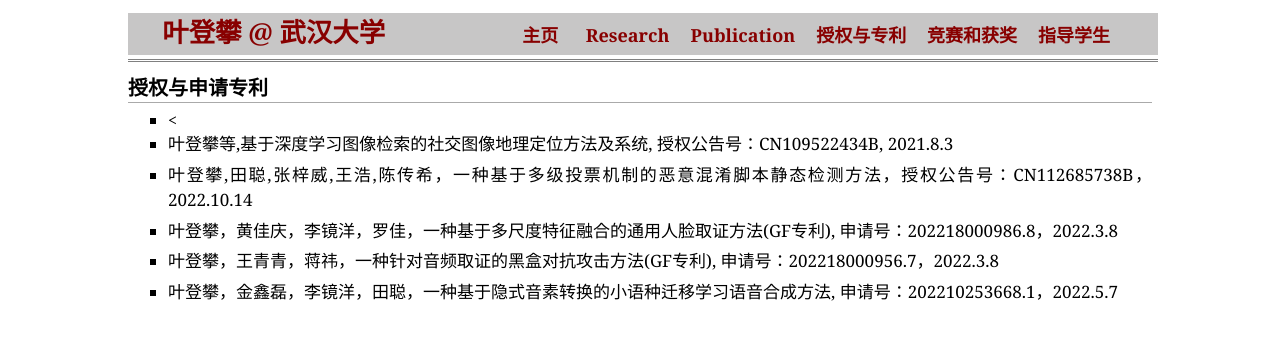
Repository: yedengpan/yedengpan.github.io
Page: patent.html
The author's editor kept a copy of each file at every save. The page is drawn from the files as they stood at one save, then again after the next save.
The browser window is 1280 px wide. The pictures show the whole page.

Above is the page before, as saved 2024-01-18 21:00:41.
Console error: SyntaxError: Unexpected token '%'

### patent.html
<!DOCTYPE html PUBLIC "-//W3C//DTD XHTML 1.1//EN" "http://www.w3.org/TR/xhtml11/DTD/xhtml11.dtd">
<html xmlns="http://www.w3.org/1999/xhtml" xml:lang="en">
<head>
    <meta http-equiv="Content-Type" content="text/html; charset=UTF-8">
    <meta name="generator" content="jemdoc, see http://jemdoc.jaboc.net/">

    <link rel="stylesheet" href="./source_files/jemdoc.css" type="text/css">
    <title>授权与专利</title>
    <script type="text/javascript" src="./source_files/jquery-1.12.4.min.js"></script>
    <script src="./source_files/main.js"></script>

</head>
<body>
    <div id="layout-content">

        <div id="toptitle">
            <h1 width=100% id="home">
                &nbsp;&nbsp;&nbsp;&nbsp;
                <font color="#880000">叶登攀 @ 武汉大学</font>
                &nbsp;&nbsp;&nbsp;&nbsp;&nbsp;&nbsp;&nbsp;&nbsp;&nbsp;&nbsp;&nbsp;&nbsp;&nbsp;&nbsp;&nbsp;&nbsp;&nbsp;&nbsp;
                <a href="./index.html"><font color="#880000" size="4.0px">主页</font></a>
                &nbsp;&nbsp;
                <a href="./research.html"><font color="#880000" size="4.0px">Research &nbsp;&nbsp;</font></a>
                <a href="./publication.html"><font color="#880000" size="4.0px">Publication &nbsp;&nbsp;</font></a>
                <a href="./patent.html"><font color="#880000" size="4.0px">授权与专利 &nbsp;&nbsp;</font></a>
                <a href="./awards.html"><font color="#880000" size="4.0px">竞赛和获奖 &nbsp;&nbsp;</font></a>
                <a href="./student.html"><font color="#880000" size="4.0px">指导学生 &nbsp;&nbsp;</font></a>                &nbsp;&nbsp;&nbsp;&nbsp;
            </h1>
        </div>

        <br> <br>

        <h2>授权与申请专利</h2>
        <body>
            <ul>
                <li>
                    <

                </li>
                <li>
                    <p style="text-align:justify;">
                        叶登攀等,基于深度学习图像检索的社交图像地理定位方法及系统, 授权公告号：CN109522434B, 2021.8.3
                    </p>
                </li>
                <li>
                    <p style="text-align:justify;">
                        叶登攀,田聪,张梓威,王浩,陈传希，一种基于多级投票机制的恶意混淆脚本静态检测方法，授权公告号：CN112685738B，2022.10.14
                    </p>
                </li>
                <li>
                    <p style="text-align:justify;">
                        叶登攀，黄佳庆，李镜洋，罗佳，一种基于多尺度特征融合的通用人脸取证方法(GF专利), 申请号：202218000986.8，2022.3.8
                    </p>
                </li>
                <li>
                    <p style="text-align:justify;">
                        叶登攀，王青青，蒋祎，一种针对音频取证的黑盒对抗攻击方法(GF专利), 申请号：202218000956.7，2022.3.8
                    </p>
                </li>
                <li>
                    <p style="text-align:justify;">
                        叶登攀，金鑫磊，李镜洋，田聪，一种基于隐式音素转换的小语种迁移学习语音合成方法, 申请号：202210253668.1，2022.5.7
                    </p>
                </li>
                <!--<li>
                    <p style="text-align:justify;">
                        叶登攀,王蕊，基于多尺度特征融合的通用图像篡改取证方法及系统，授权公告号：CN116721320A，2023.09.08
                    </p>
                </li>
                <li>
                    <p style="text-align:justify;">
                        叶登攀，金鑫磊，李镜洋，田聪，一种基于隐式音素转换的小语种迁移学习语音合成方法,申请号：202210253668.1，2022.5.7
                    </p>
                </li>
                <li>
                    <p style="text-align:justify;">
                        叶登攀等，一种基于脉搏信号的AI深度换脸视频取证方法, 申请号：201811352507.8, 2018.
                    </p>
                </li>
                <li>
                    <p style="text-align:justify;">
                        叶登攀等, 一种安全媒体指纹生成和鉴定的方法, 授权号：ZL201410208099.4, 2016.
                    </p>
                </li>
                <li>
                    <p style="text-align:justify;">
                        叶登攀，张倬胜，卢玥锟，张浩天，吴荀，一种群智感知大数据公共安全识别方法及系统，授权号：ZL201510500666.8（2017）
                    </p>
                </li>
                <li>
                    <p style="text-align:justify;">
                        叶登攀，欧阳坤，朱吉祥，马方方，一种移动平台上基于情景感知的访问控制系统及方法，授权号：ZL201510679226.3（2018）
                    </p>
                </li>
                <li>
                    <p style="text-align:justify;">
                        叶登攀，张倬胜，卢玥锟，张浩天，吴荀，一种基于群智感知的多模态数据融合方法，申请公布号：CN105005558A（2015）
                    </p>
                </li>
                <li>
                    <p style="text-align:justify;">
                        叶登攀，廉士国，王丽娜，多媒体数据盗版追踪方法，授权号：ZL101645116B（2011）
                    </p>
                </li>
                <li>
                    <p style="text-align:justify;">
                        叶登攀，廉士国，王丽娜，一种媒体发布网络中的发布内容控制方法，授权号：Zl101645117B（2011）
                    </p>
                </li>
                <li>
                    <p style="text-align:justify;">
                        叶登攀，廉士国，王丽娜，视频光盘安全分发方法，授权号：Zl101645289B（2011）
                    </p>
                </li>-->

            </ul>
        </body>
</html>

### source_files/jemdoc.css
/* Default css file for jemdoc. */

table#tlayout {
    border: none;
    border-collapse: separate;
    background: white;
}

/*body.my-body {
	background: white;*/
	/*	font-family: Georgia, serif;*/
	/*font-family: "Times New Roman", Sans-serif, Serif, Arial, Helvetica, sans-serif;
	padding-bottom: 8px;
	margin: 0;
	text-align: center;
}*/

body {
	background: white;
	font-family: Georgia, serif;
	padding-bottom: 8px;
	margin: 0;
	text-align: center;
}

/*
:lang(en) {
	font-family: "Arial", sans-serif;
}

:not(:lang(en)) {
	font-family: inherit;
}
*/

#layout-menu {
	background: #f6f6f6;
	border: 1px solid #dddddd;
	padding-top: 0.5em;
	padding-left: 8px;
	padding-right: 8px;
	font-size: 1.0em;
	width: auto;
	white-space: nowrap;
    text-align: left;
    vertical-align: top;
}

#layout-menu td {
	background: #f4f4f4;
    vertical-align: top;
}

#layout-content {
	padding-top: 0.0em;
	padding-left: 1.0em;
	padding-right: 1.0em;
    border: none;
    background: white;
    text-align: left;
    vertical-align: top;
    /* width:950px; */
    width:1024px;
	/* width:1024px; */
    margin: auto;
}

#layout-menu a {
	line-height: 1.5em;
	margin-left: 0.5em;
}

tt {
    background: #ffffdd;
}

pre, tt {
	font-size: 90%;
	font-family: monaco, monospace;
}

a, a > tt {
	/*color: #0000FF;*/
  color: #0055AA;
	text-decoration: none;
}

a:hover {
	border-bottom: 1px gray dotted;
}

#layout-menu a.current:link, #layout-menu a.current:visited {
	color: #022b6d;
	border-bottom: 1px gray solid;
}
#layout-menu a:link, #layout-menu a:visited, #layout-menu a:hover {
	color: #527bbd;
	text-decoration: none;
}
#layout-menu a:hover {
	text-decoration: none;
}

div.menu-category {
	border-bottom: 1px solid gray;
	margin-top: 0.8em;
	padding-top: 0.2em;
	padding-bottom: 0.1em;
	font-weight: bold;
}

div.menu-item {
	padding-left: 16px;
	text-indent: -16px;
}

div#toptitle {
	padding-bottom: 0.2em;
	margin-bottom: 1.5em;
	border-bottom: 3px double gray;
  position:fixed;

}

/* Reduce space if we begin the page with a title. */
div#toptitle + h2, div#toptitle + h3 {
	margin-top: -0.7em;
}

div#subtitle {
	margin-top: 0.0em;
	margin-bottom: 0.0em;
	padding-top: 0em;
	padding-bottom: 0.1em;
}

em {
	font-style: italic;
}

strong {
	font-weight: bold;
}


h1, h2, h3 {
	color: #000000;
	margin-top: 0.9em;
	margin-bottom: 0.3em;
	padding-bottom: 0.2em;
	line-height: 1.0;
	padding-top: 0.5em;
	border-bottom: 1px solid #aaaaaa;
}

h1 {
	font-size: 165%;
  /*background: #003366;*/
  background: #C7C6C6;
  line-height: 1.5;
}

h2 {
	padding-top: 0.8em;
	font-size: 125%;
}

h2 + h3 {
    padding-top: 0.2em;
}

h3 {
	font-size: 110%;
	border-bottom: none;
}

p {
	margin-top: 0.0em;
	margin-bottom: 0.8em;
	padding: 0;
	line-height: 1.5;
  	/*size of font in body*/
  	font-size: 17px;
}

pre {
	padding: 0;
	margin: 0;
}

div#footer {
	font-size: small;
	border-top: 1px solid #c0c0c0;
	padding-top: 0.1em;
	margin-top: 4.0em;
	color: #c0c0c0;
}

div#footer a {
	color: #80a0b0;
}

div#footer-text {
	float: left;
	padding-bottom: 8px;
}

ul, ol, dl {
	margin-top: 0.2em;
	padding-top: 0;
	margin-bottom: 0.8em;
}

dt {
	margin-top: 0.5em;
	margin-bottom: 0;
}

dl {
	margin-left: 20px;
}

dd {
	color: #222222;
}

dd > *:first-child {
	margin-top: 0;
}

ul {
	list-style-position: outside;
	list-style-type: square;
}

p + ul, p + ol {
	margin-top: -0.5em;
}

li ul, li ol {
	margin-top: -0.3em;
}

ol {
	list-style-position: outside;
	list-style-type: decimal;
}

li p, dd p {
	margin-bottom: 0.3em;
}


ol ol {
	list-style-type: lower-alpha;
}

ol ol ol {
	list-style-type: lower-roman;
}

p + div.codeblock {
	margin-top: -0.6em;
}

div.codeblock, div.infoblock {
	margin-right: 0%;
	margin-top: 1.2em;
	margin-bottom: 1.3em;
}

div.blocktitle {
	font-weight: bold;
	color: #cd7b62;
	margin-top: 1.2em;
	margin-bottom: 0.1em;
}

div.blockcontent {
	border: 1px solid silver;
	padding: 0.3em 0.5em;
}

div.infoblock > div.blockcontent {
	background: #ffffee;
}

div.blockcontent p + ul, div.blockcontent p + ol {
	margin-top: 0.4em;
}

div.infoblock p {
	margin-bottom: 0em;
}

div.infoblock li p, div.infoblock dd p {
	margin-bottom: 0.5em;
}

div.infoblock p + p {
	margin-top: 0.8em;
}

div.codeblock > div.blockcontent {
	background: #f6f6f6;
}

span.pycommand {
	color: #000070;
}

span.statement {
	color: #008800;
}
span.builtin {
	color: #000088;
}
span.special {
	color: #990000;
}
span.operator {
	color: #880000;
}
span.error {
	color: #aa0000;
}
span.comment, span.comment > *, span.string, span.string > * {
	color: #606060;
}

@media print {
	#layout-menu { display: none; }
}

#fwtitle {
	margin: 2px;
}

#fwtitle #toptitle {
	padding-left: 0.5em;
	margin-bottom: 0.5em;
}

#layout-content h1:first-child, #layout-content h2:first-child, #layout-content h3:first-child {
	margin-top: -0.7em;
}

div#toptitle h1, #layout-content div#toptitle h1 {
	margin-bottom: 0.0em;
	padding-bottom: 0.1em;
	padding-top: 0;
	margin-top: 0.5em;
	border-bottom: none;
}

img.eq {
	padding: 0;
	padding-left: 0.1em;
	padding-right: 0.1em;
	margin: 0;
}

img.eqwl {
	padding-left: 2em;
	padding-top: 0.6em;
	padding-bottom: 0.2em;
	margin: 0;
}

table {
    border: 2px solid black;
    border-collapse: collapse;
}

td {
    padding: 2px;
    padding-left: 0.5em;
    padding-right: 0.5em;
    text-align: center;
    border: 1px solid gray;
}

table + table {
    margin-top: 1em;
}

tr.heading {
    font-weight: bold;
    border-bottom: 2px solid black;
}

img {
    border: none;
}

table.imgtable, table.imgtable td {
    border: none;
    text-align: left;
    padding-top: 4em;
}

### static/js/main.js
---
---
$(function() {
  deadlineByConf = {};

  {% for conf in site.data.conferences %}
  {% assign conf_id = conf.name | append: conf.year | slugify %}
  {% if conf.deadline == "TBA" %}
  $('#{{ conf_id }} .timer').html("TBA");
  $('#{{ conf_id }} .deadline-time').html("TBA");
  deadlineByConf["{{ conf_id }}"] = null;

  {% else %}
  var rawDeadlines = {{ conf.deadline | jsonify }} || [];
  if (rawDeadlines.constructor !== Array) {
    rawDeadlines = [rawDeadlines];
  }
  var parsedDeadlines = [];
  while (rawDeadlines.length > 0) {
    var rawDeadline = rawDeadlines.pop();
    // check if date is template
    if (rawDeadline.indexOf('%m') >= 0) {
      for (var m = 1; m <= 12; m++) {
        rawDeadlines.push(rawDeadline.replace('%m', m < 10 ? '0' + m : m));
      }
    } else if (rawDeadline.indexOf('%y') >= 0) {
      year = parseInt(moment().year());
      rawDeadlines.push(rawDeadline.replace('%y', year));
      rawDeadlines.push(rawDeadline.replace('%y', year + 1));

    } else {
      // adjust date according to deadline timezone
      {% if conf.timezone %}
      var deadline = moment.tz(rawDeadline, "{{ conf.timezone }}");
      {% else %}
      var deadline = moment.tz(rawDeadline, "Etc/GMT+12"); // Anywhere on Earth
      {% endif %}

      // post-process date
      if (deadline.minutes() === 0) {
        deadline.subtract(1, 'seconds');
      }
      if (deadline.minutes() === 59) {
        deadline.seconds(59);
      }
      parsedDeadlines.push(deadline);
    }
  }

  // check which deadline is closest
  var confDeadline = parsedDeadlines[0];
  var today = moment();
  for (var i = 1; i < parsedDeadlines.length; i++) {
    deadlineCandidate = parsedDeadlines[i];
    if ((today.diff(deadlineCandidate) < 0 && today.diff(deadlineCandidate) > today.diff(confDeadline))) {
      confDeadline = deadlineCandidate;
    }
  }

  // render countdown timer
  if (confDeadline) {
    function make_update_countdown_fn(confDeadline) {
      return function(event) {
        diff = moment() - confDeadline
        if (diff <= 0) {
           $(this).html(event.strftime('%D days %Hh %Mm %Ss'));
        } else {
          $(this).html(confDeadline.fromNow());
        }
      }
    }
    $('#{{ conf_id }} .timer').countdown(confDeadline.toDate(), make_update_countdown_fn(confDeadline));
    // check if date has passed, add 'past' class to it
    if (moment() - confDeadline > 0) {
      $('#{{ conf_id }}').addClass('past');
    }
    $('#{{ conf_id }} .deadline-time').html(confDeadline.local().format('D MMM YYYY, h:mm:ss a'));
    deadlineByConf["{{ conf_id }}"] = confDeadline;
  }
  {% endif %}
  {% endfor %}

  // Reorder list
  confs = $('.conf');
  confs.detach().sort(function(a, b) {
    var today = moment();
    var a = deadlineByConf[a.id];
    var b = deadlineByConf[b.id];
    var diff1 = today.diff(a)
    var diff2 = today.diff(b)
    if (a == null && b == null) {
      return 0;
    }
    if (a == null && diff2 > 0) {
      return -1;
    }
    if (a == null && diff2 < 0) {
      return +1;
    }
    if (b == null && diff1 > 0) {
      return +1;
    }
    if (b == null && diff1 < 0) {
      return -1;
    }
    if (diff1 < 0 && diff2 > 0) {
      return -1;
    }
    if (diff1 > 0 && diff2 < 0) {
      return +1;
    }
    if (diff1 < 0 && diff2 < 0) {
      return -1 ? diff1 < diff2 : +1;
    }
    if (diff1 > 0 && diff2 > 0) {
      return -1 ? a < b : +1;
    }
  });
  $('.conf-container').append(confs);

  // Set checkboxes
  var conf_type_data = {{ site.data.types | jsonify }};
  var all_tags = [];
  var toggle_status = {};
  for (var i = 0; i < conf_type_data.length; i++) {
    all_tags[i] = conf_type_data[i]['tag'];
    toggle_status[all_tags[i]] = false;
  }
  var tags = store.get('{{ site.domain }}');
  if (tags === undefined) {
    tags = all_tags;
  }
  for (var i = 0; i < tags.length; i++) {
    $('#' + tags[i] + '-checkbox').prop('checked', true);
    toggle_status[tags[i]] = true;
  }
  store.set('{{ site.domain }}', tags);

  function update_conf_list() {
    confs.each(function(i, conf) {
      var conf = $(conf);
      var show = false;
      for (var i = 0; i < all_tags.length; i++) {
        if(conf.hasClass(all_tags[i])) {
          show = show | toggle_status[all_tags[i]];
        }
      }
      if (show) {
        conf.show();
      } else {
        conf.hide()
      }
    });
  }
  update_conf_list();

  // Event handler on checkbox change
  $('form :checkbox').change(function(e) {
    var checked = $(this).is(':checked');
    var tag = $(this).prop('id').slice(0, -9);
    toggle_status[tag] = checked;

    if (checked == true) {
      if (tags.indexOf(tag) < 0)
        tags.push(tag);
    }
    else {
      var idx = tags.indexOf(tag);
      if (idx >= 0)
        tags.splice(idx, 1);
    }
    store.set('{{ site.domain }}', tags);
    update_conf_list();
  });
});

Loaded but not shown: source_files/jquery-1.12.4.min.js (library)

After the next save:
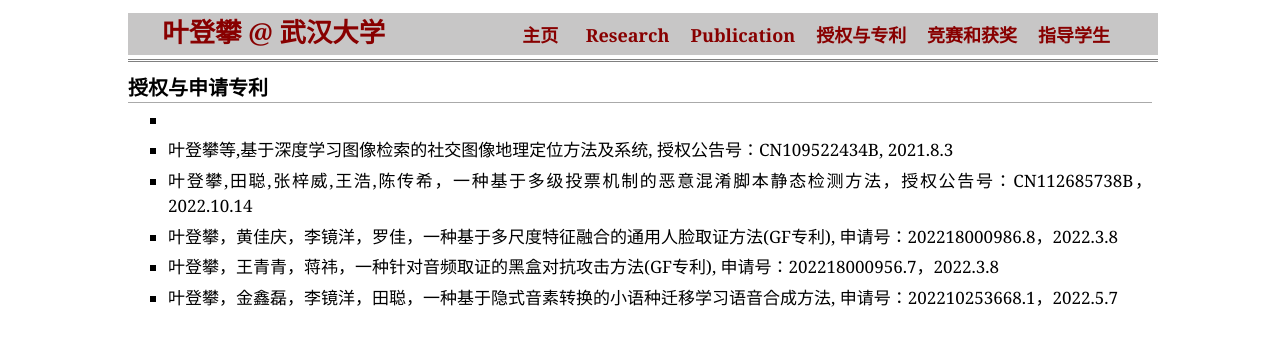
Saved 8 s later.
--- a/patent.html
+++ b/patent.html
@@ -34,7 +34,7 @@
         <body>
             <ul>
                 <li>
-                    <
+                    <p style=""
 
                 </li>
                 <li>
